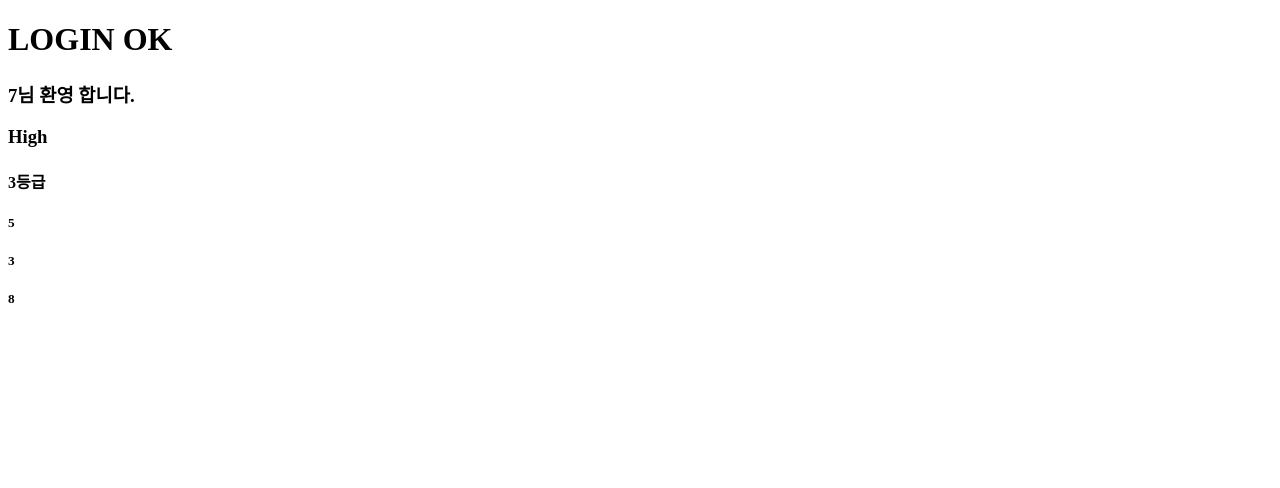
Repository: bookkg2/TIL
Page: http://localhost/day13/hello
An editor plug-in stored every save of this project. The page is shown before and after the next save, followed by the edit.
The browser window is 1280 px wide. The pictures show the whole page.
The page is served by Tomcat 9.

Above is the page before, as saved 2019-06-27 04:30:07.

### day13/web/ok.jsp
<%@ page language="java" contentType="text/html; charset=UTF-8"
    pageEncoding="UTF-8"%>
<%@ taglib prefix="c"
uri="http://java.sun.com/jsp/jstl/core" %>
<!DOCTYPE html>
<html>
<head>
<meta charset="UTF-8">
<title>Insert title here</title>
</head>
<body>
<h1>LOGIN OK</h1>
<!-- EL -->
<h3>${id } ${cnt }님 환영 합니다.</h3>
<!-- JSTL IF -->
<c:if test="${cnt > 5 }">
<h3>High</h3>
</c:if>
<!-- JSTL CHOOSE WHEN THEN -->
<c:choose>
	<c:when test="${cnt >= 9 }">
		<h4>1등급</h4>
	</c:when>
	<c:when test="${cnt >= 8 && cnt < 9}">
		<h4>2등급</h4>
	</c:when>
	<c:when test="${cnt >= 7 && cnt < 8}">
		<h4>3등급</h4>
	</c:when>
	<c:otherwise>
		<h4>F등급</h4>
	</c:otherwise>
</c:choose>
<!-- FOR 2 -->


<!-- FOR 1 -->
<c:forEach var="num" items="${list1 }">
<h5>${num }</h5>
</c:forEach>

</body>
</html>

### day13/src/com/sds/HelloServlet.java
package com.sds;

import java.io.IOException;
import java.util.ArrayList;

import javax.servlet.RequestDispatcher;
import javax.servlet.ServletException;
import javax.servlet.annotation.WebServlet;
import javax.servlet.http.HttpServlet;
import javax.servlet.http.HttpServletRequest;
import javax.servlet.http.HttpServletResponse;

@WebServlet({ "/HelloServlet", "/hello" })
public class HelloServlet extends HttpServlet {
	private static final long serialVersionUID = 1L;

	protected void service(HttpServletRequest request,
			HttpServletResponse response) throws ServletException, IOException {
		System.out.println("doGet Start...");
		String id = request.getParameter("id");
		String pwd = request.getParameter("pwd");
		System.out.println(id+" "+pwd);

		// HTML5
		//response.sendRedirect("ok.jsp?id="+id);
		ArrayList<Integer> list =
				new ArrayList<Integer>();
		list.add(5);list.add(3);list.add(8);

		ArrayList<Item> list2 =
				new ArrayList<Item>();
		list2.add(new Item("k1", 1000));
		list2.add(new Item("k2", 2000));
		list2.add(new Item("k3", 3000));
		list2.add(new Item("k4", 4000));
		list2.add(new Item("k5", 5000));
		request.setAttribute("list2", list2);

		request.setAttribute("list1", list);
		request.setAttribute("id", id);
		request.setAttribute("cnt", 7);
		RequestDispatcher rd =
		request.getRequestDispatcher("ok.jsp");
		rd.forward(request, response);


//		response.setContentType("text/html;charset=UTF-8");
//		response.setCharacterEncoding("UTF-8");
//		PrintWriter out = response.getWriter();
//		out.println("<H1>LOGIN OK</H1>");
//		out.println("<H1>"+id+"님 환영합니다.</H1>");
//		out.close();
	}

}

### day13/src/com/sds/Item.java
package com.sds;

public class Item {
	String name;
	int price;
	public Item() {
	}
	public Item(String name, int price) {
		this.name = name;
		this.price = price;
	}
	public String getName() {
		return name;
	}
	public void setName(String name) {
		this.name = name;
	}
	public int getPrice() {
		return price;
	}
	public void setPrice(int price) {
		this.price = price;
	}
	@Override
	public String toString() {
		return "Item [name=" + name + ", price=" + price + "]";
	}

}

After the next save:
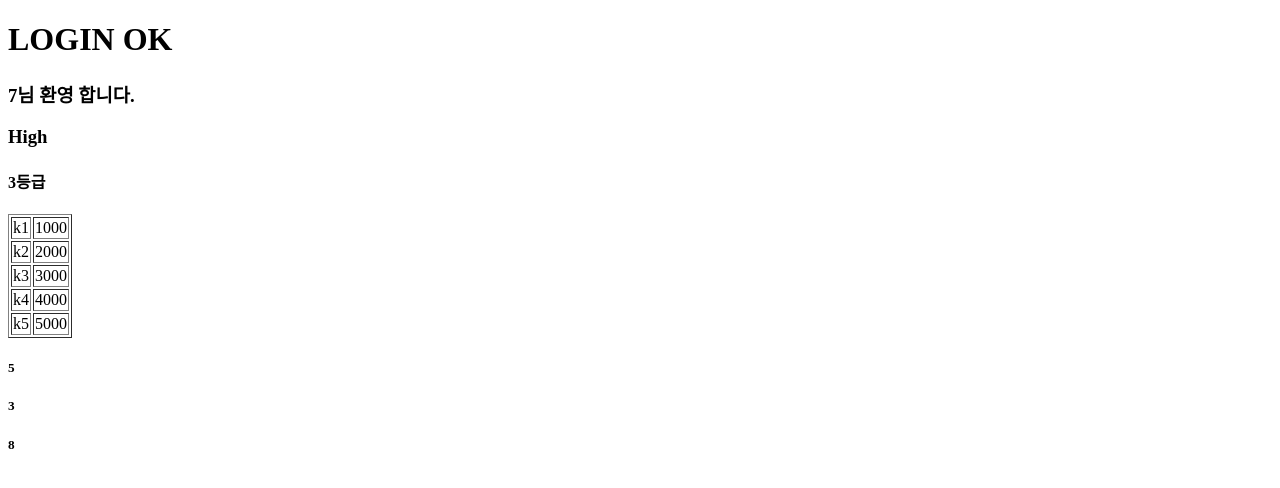
Saved 4 min 45 s later.
--- a/day13/web/ok.jsp
+++ b/day13/web/ok.jsp
@@ -32,6 +32,17 @@ uri="http://java.sun.com/jsp/jstl/core" %>
 	</c:otherwise>
 </c:choose>
 <!-- FOR 2 -->
+<table border="1">
+<tbody>
+	<c:forEach var="it" items="${list2 }">
+	<tr>
+	<td>${it.name }</td><td>${it.price }</td>
+	</tr>
+	</c:forEach>
+</tbody>
+</table>
+
+
 
 
 <!-- FOR 1 -->
